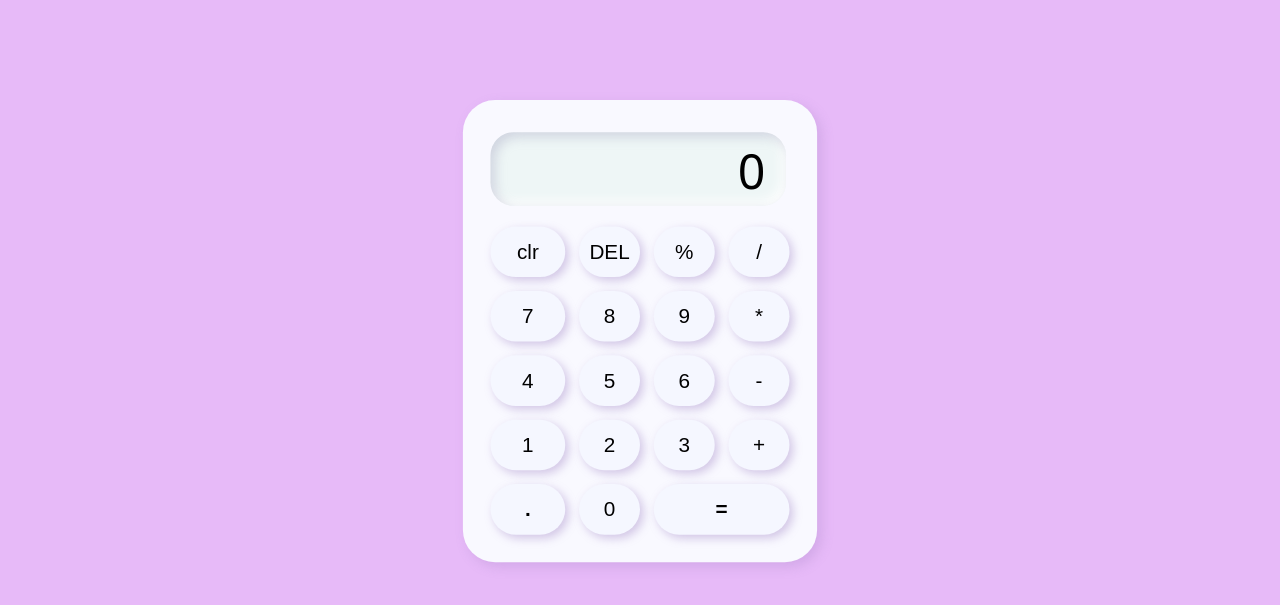
Repository: meti-guda/simple-calculator
Page: index.html
The author's editor kept a copy of each file at every save. The page is drawn from the files as they stood at one save, then again after the next save.
The browser window is 1280 px wide. The pictures show the whole page.

Above is the page before, as saved 2025-12-11 13:09:10.

### index.html
<!DOCTYPE html>
<html lang="en">
  <head>
    <meta charset="UTF-8" />
    <title>Simple Calculator</title>
    <link rel="stylesheet" href="style.css" />
  </head>
  <body>
    <div class="contianer">
      <div class="calculator">
        <div class="display">
          <div class="expression" id="expression">0</div>
        </div>

        <div class="values">
          <button data-action="clear">clr</button>
          <button data-action="del">DEL</button>
          <button data-value="%">%</button>
          <button data-value="/">/</button>

          <button data-value="7">7</button>
          <button data-value="8">8</button>
          <button data-value="9">9</button>
          <button data-value="*">*</button>

          <button data-value="4">4</button>
          <button data-value="5">5</button>
          <button data-value="6">6</button>
          <button data-value="-">-</button>

          <button data-value="1">1</button>
          <button data-value="2">2</button>
          <button data-value="3">3</button>
          <button data-value="+">+</button>

          <button class="dot" data-value=".">.</button>
          <button data-value="0">0</button>
          <button class="equal" data-action="equals">=</button>
        </div>
      </div>
    </div>

    <script src="index.js"></script>
  </body>
</html>

### style.css
body {
  display: flex;
  align-items: center;
  justify-content: center;
  background-color: #e7baf8;
  font-family: "Segoe UI", system-ui, sans-serif;
  box-sizing: border-box;
  margin-top: 100px;
  padding: 0;
}

.container {
  padding: 16px;
}

.calculator {
  max-width: 260px;
  padding: 28px 24px 24px;
  border-radius: 28px;
  background-color: #f9f9ff;
  box-shadow: 4px 4px 10px rgba(150, 121, 189, 0.25);
  transform: scale(1.15);
  transform-origin: center top;
}

.display {
  width: 85%;
  height: 64px;
  border-radius: 20px;
  background-color: #eef6f6;
  box-shadow: inset 4px 4px 10px rgba(161, 161, 190, 0.4),
    inset -4px -4px 10px rgba(255, 255, 255, 0.9);
  display: flex;
  align-items: center;
  justify-content: flex-end;
  padding: 0 18px;
  margin-bottom: 18px;
  overflow: hidden;
}

.expression {
  font-size: 42px;
  color: #000;
  white-space: nowrap;
}

.values {
  display: grid;
  grid-template-columns: repeat(4, 1fr);
  grid-gap: 12px;
}

.values button {
  border: none;
  outline: none;
  height: 44px;
  border-radius: 150px;
  background-color: #f5f7ff;
  box-shadow: 3px 3px 8px rgba(150, 121, 189, 0.4);
  color: #000;
  font-size: 18px;
  cursor: pointer;
  transition: transform 0.08s ease, box-shadow 0.08s ease, background 0.1s;
}

button:hover {
  background-color: #c79dd3;
  color: white;
}

.values button:active {
  transform: translateY(1px);
  background-color: #c76eca;
  box-shadow: inset 2px 2px 5px rgba(150, 121, 189, 0.4);
}

.dot {
  justify-self: flex-start;
  width: 65px;
  font-weight: 700;
}

.equal {
  grid-column: span 2;
  background-color: #d87bb4;
  color: #ffffff;
  font-weight: 600;
  box-shadow: 3px 3px 8px rgba(160, 100, 150, 0.5);
}

.equal:active {
  box-shadow: inset 2px 2px 5px rgba(160, 100, 150, 0.5);
}

@media (min-width: 400px) {
  .calculator {
    width: 90%;
  }
}

### index.js
class Calculator {
  constructor() {
    this.displayValue = "0";
    this.previousValue = null;
    this.operation = null;
    this.shouldResetDisplay = false;

    // your display div has class="expression"
    this.displayElement = document.querySelector(".expression");

    this.setupEventListeners();
    this.updateDisplay();
  }

  setupEventListeners() {
    // number buttons: have data-value with 0–9 but NO data-action
    document.querySelectorAll(".values button").forEach((btn) => {
      const action = btn.dataset.action;
      const value = btn.dataset.value;

      if (!action && value !== undefined) {
        // treat as number or dot key
        if (value === ".") {
          btn.addEventListener("click", () => this.handleDecimal());
        } else {
          btn.addEventListener("click", () => this.handleNumber(value));
        }
      } else if (action) {
        // action keys
        if (action === "equals") {
          btn.addEventListener("click", () => this.handleEquals());
        } else if (action === "clear") {
          btn.addEventListener("click", () => this.handleClear());
        } else if (action === "del") {
          btn.addEventListener("click", () => this.handleDelete());
        }
      }

      // operator keys have data-value of + - * / %
      if (["+", "-", "*", "/", "%"].includes(value)) {
        btn.addEventListener("click", () => this.handleOperator(value));
      }
    });

    // keyboard support
    document.addEventListener("keydown", (e) => this.handleKeyboard(e));
  }

  handleNumber(num) {
    if (this.shouldResetDisplay) {
      this.displayValue = num;
      this.shouldResetDisplay = false;
    } else {
      this.displayValue =
        this.displayValue === "0" ? num : this.displayValue + num;
    }
    this.updateDisplay();
  }

  handleDecimal() {
    if (this.shouldResetDisplay) {
      this.displayValue = "0.";
      this.shouldResetDisplay = false;
    } else if (!this.displayValue.includes(".")) {
      this.displayValue += ".";
    }
    this.updateDisplay();
  }

  handleOperator(op) {
    const current = parseFloat(this.displayValue);

    if (this.previousValue === null) {
      this.previousValue = current;
    } else if (this.operation) {
      const result = this.calculate(
        this.previousValue,
        current,
        this.operation
      );
      this.displayValue = this.formatResult(result);
      this.previousValue = result;
      this.updateDisplay();
    }

    this.operation = op;
    this.shouldResetDisplay = true;
  }

  handleEquals() {
    if (this.operation === null || this.previousValue === null) {
      return;
    }

    const current = parseFloat(this.displayValue);
    const result = this.calculate(this.previousValue, current, this.operation);
    this.displayValue = this.formatResult(result);
    this.previousValue = null;
    this.operation = null;
    this.shouldResetDisplay = true;
    this.updateDisplay();
  }

  handleClear() {
    this.displayValue = "0";
    this.previousValue = null;
    this.operation = null;
    this.shouldResetDisplay = false;
    this.updateDisplay();
  }

  handleDelete() {
    if (this.displayValue === "0" || this.shouldResetDisplay) {
      return;
    }
    this.displayValue = this.displayValue.slice(0, -1) || "0";
    this.updateDisplay();
  }

  calculate(prev, current, op) {
    switch (op) {
      case "+":
        return prev + current;
      case "-":
        return prev - current;
      case "*":
        return prev * current;
      case "/":
        return current !== 0 ? prev / current : 0;
      case "%":
        return prev % current;
      default:
        return current;
    }
  }

  formatResult(num) {
    return parseFloat(num.toFixed(10)).toString();
  }

  handleKeyboard(e) {
    if (e.key >= "0" && e.key <= "9") this.handleNumber(e.key);
    if (e.key === ".") this.handleDecimal();
    if (["+", "-", "*", "/", "%"].includes(e.key)) {
      e.preventDefault();
      this.handleOperator(e.key);
    }
    if (e.key === "Enter" || e.key === "=") {
      e.preventDefault();
      this.handleEquals();
    }
    if (e.key === "Backspace") {
      e.preventDefault();
      this.handleDelete();
    }
    if (e.key === "Escape") {
      e.preventDefault();
      this.handleClear();
    }
  }

  updateDisplay() {
    this.displayElement.textContent = this.displayValue;
  }
}

// create calculator once DOM is loaded
document.addEventListener("DOMContentLoaded", () => {
  new Calculator();
});

After the next save:
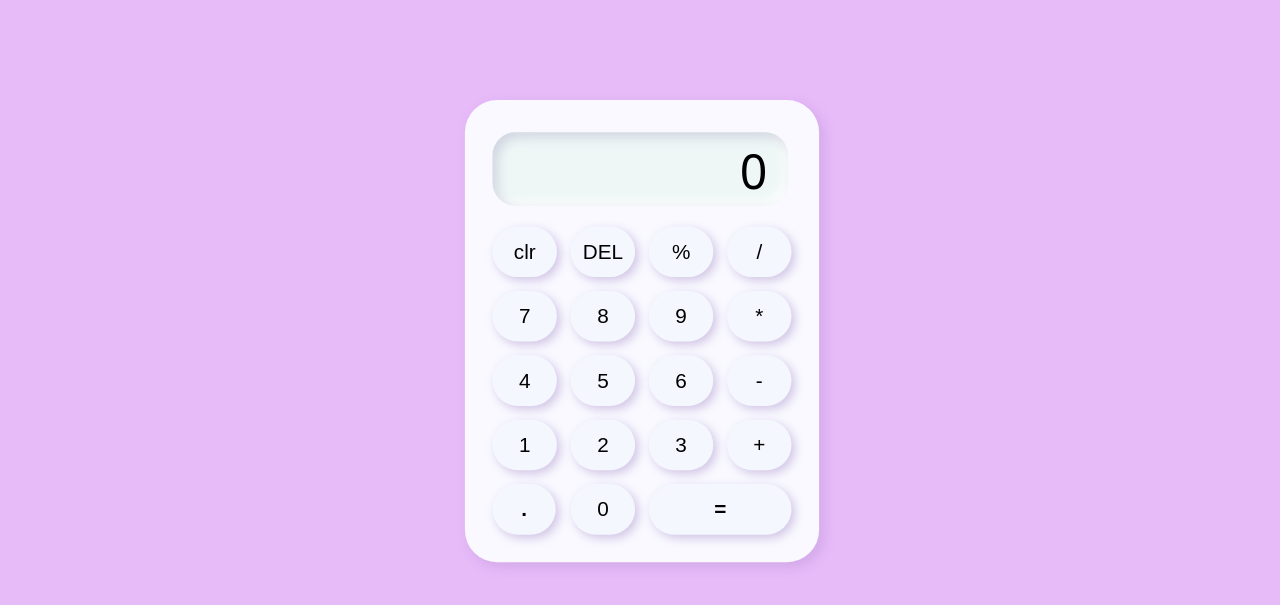
Saved 31 s later.
--- a/style.css
+++ b/style.css
@@ -76,7 +76,7 @@ button:hover {
 
 .dot {
   justify-self: flex-start;
-  width: 65px;
+  width: 55px;
   font-weight: 700;
 }
 
